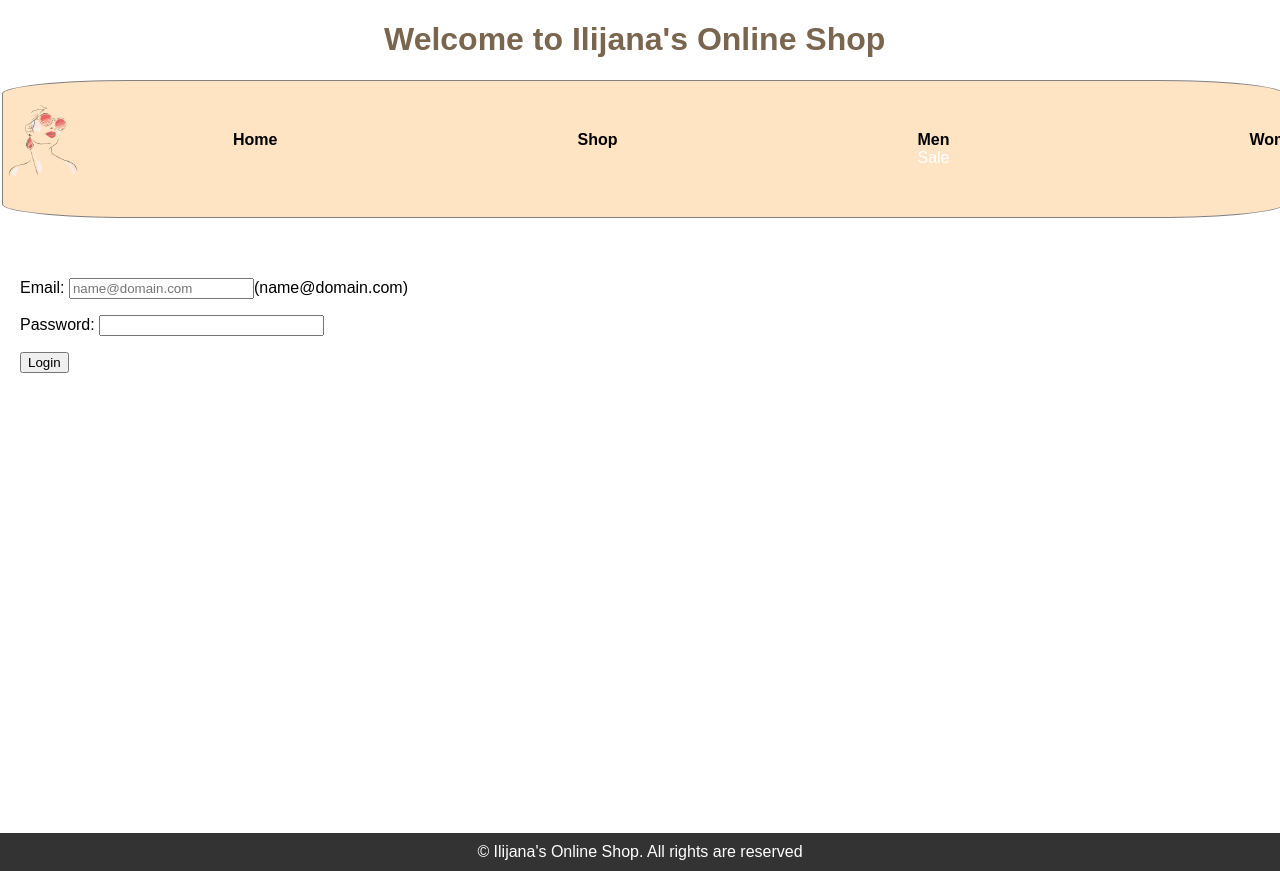
Repository: ilijana123/Proekt1
Page: html.html
An editor plug-in stored every save of this project. The page is shown before and after the next save, followed by the edit.
The browser window is 1280 px wide. The pictures show the whole page.

Above is the page before, as saved 2023-11-13 01:53:11.

After the next save:
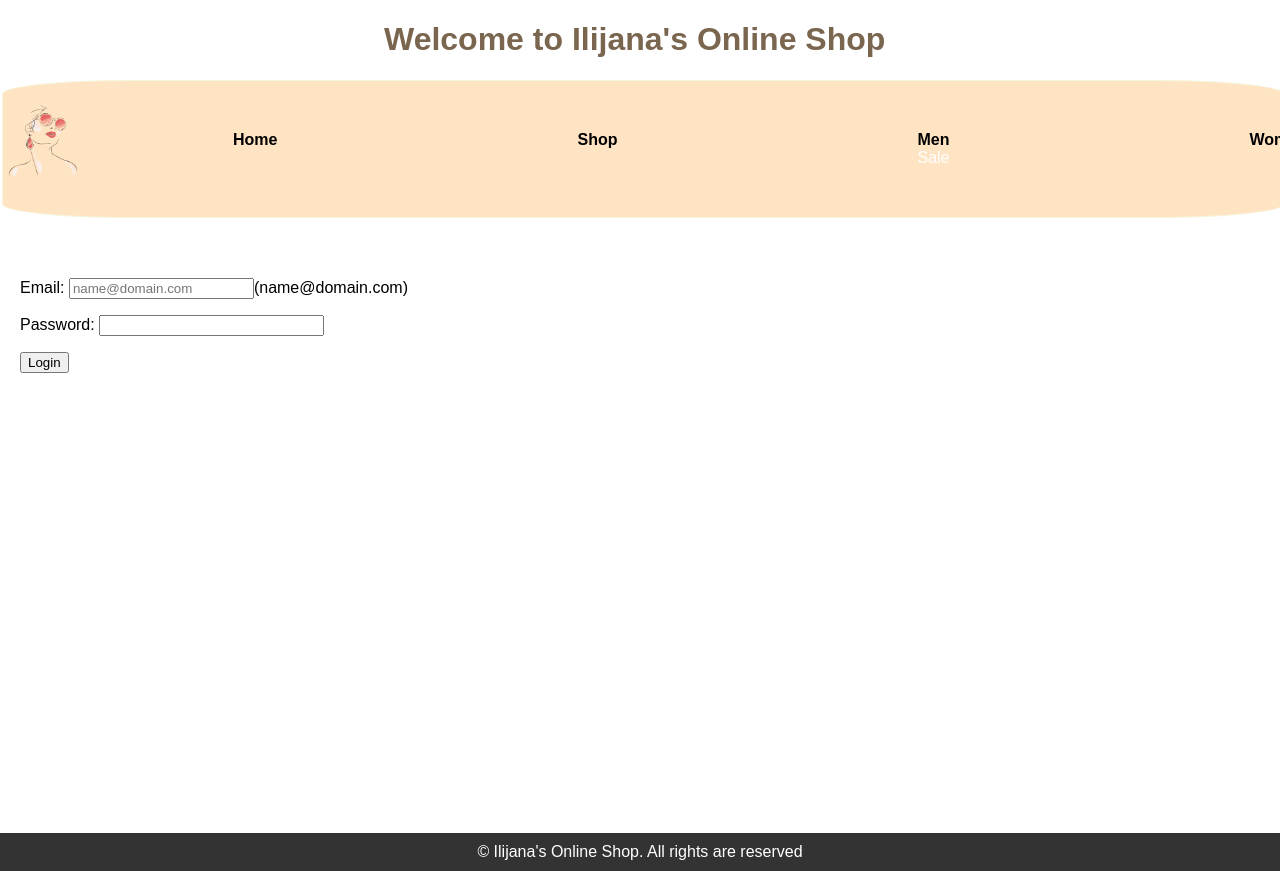
Saved 12 s later.
--- a/1.css
+++ b/1.css
@@ -28,7 +28,7 @@ h1  {
         z-index: 100;
         border: 1px solid rgba(0,0,0,03);
         border-radius: 10%;
-        border-color: gray;
+        border-color: beige;
     }
     nav ul
     {
